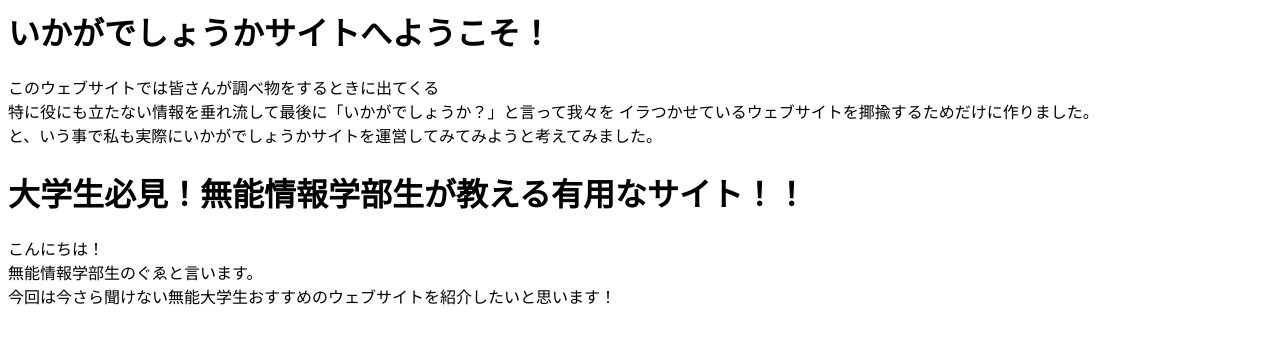
Repository: ghevp/ikagadeshoka
Page: page/home.html
These files come from the project's save history. The page is drawn as it stood at one moment and after the next save; the edit follows.
The browser window is 1280 px wide. The pictures show the whole page.

Above is the page before, as saved 2022-06-23 12:38:09.

After the next save:
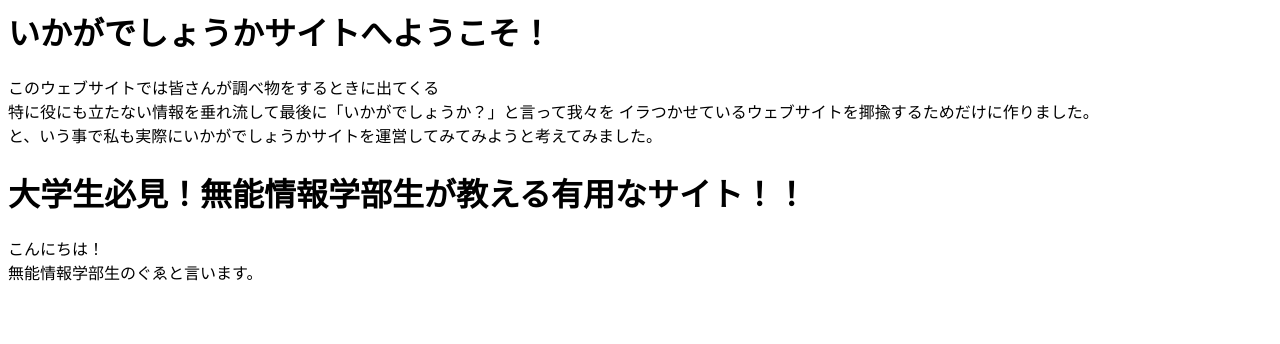
Saved 114 s later.
--- a/page/home.html
+++ b/page/home.html
@@ -12,7 +12,7 @@
 <p>
     こんにちは！<br>
     無能情報学部生のぐゑと言います。<br>
-    今回は今さら聞けない無能大学生おすすめのウェブサイトを紹介したいと思います！
+
 
 </p>
 </div>
